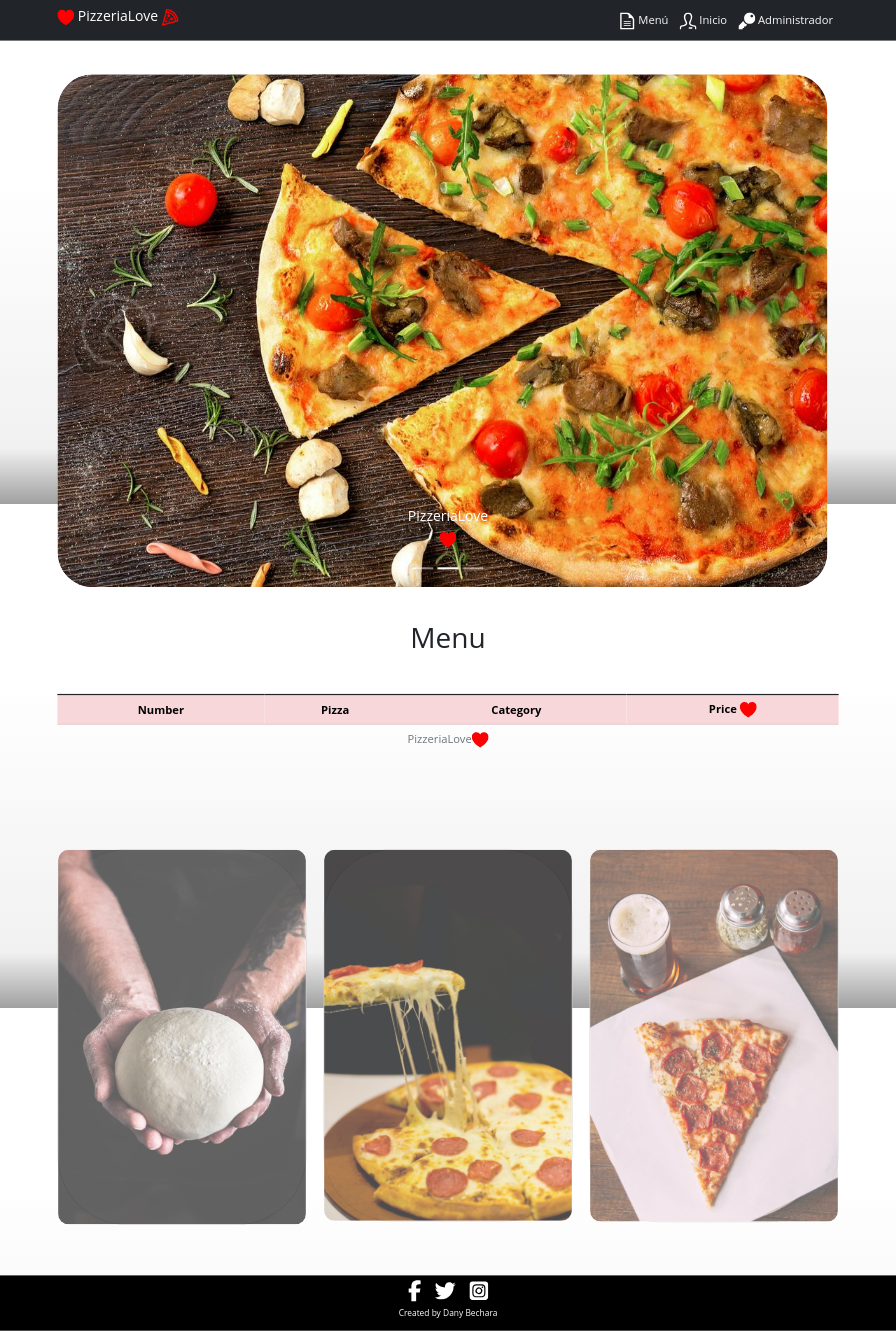
Repository: bechara611/PizzeriaLove
Page: /
An editor plug-in stored every save of this project. The page is shown before and after the next save, followed by the edit.
The browser window is 1280 px wide. The pictures show the whole page, at 70% of full size.
The page's requests for data from a server got no answer. Backgrounds fixed to the window are drawn as part of the page. The project was rebuilt for these pictures with package versions that can differ from the ones it lists, and the page was loaded fresh each time. No one was signed in, and anything a server would have sent is missing. Also part of the build but not shown: src/App.css, src/App.js, src/Componentes/FormularioAgregarMenu.css, src/Elementos/Alerta.js, src/Elementos/AlertaRed.js, src/Componentes/FormularioAgregarMenu.js.

Above is the page before, as saved 2022-02-25 22:48:54.

After the next save:
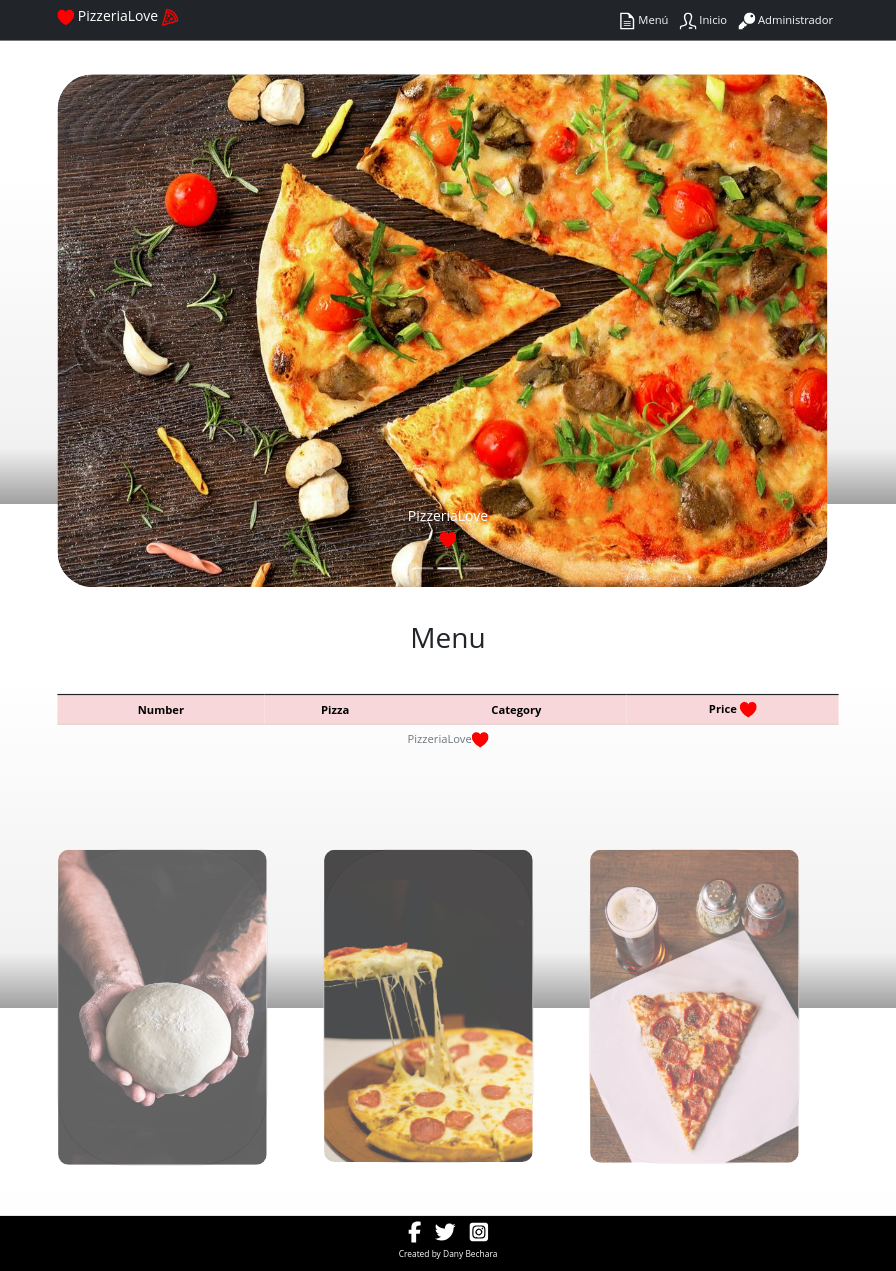
Saved 11 s later.
--- a/src/Componentes/Galeria.css
+++ b/src/Componentes/Galeria.css
@@ -1,6 +1,6 @@
 .cardcita{
    border-radius: 100px;
-    max-width: 400px;
+    max-width: 300px;
 
 
 
